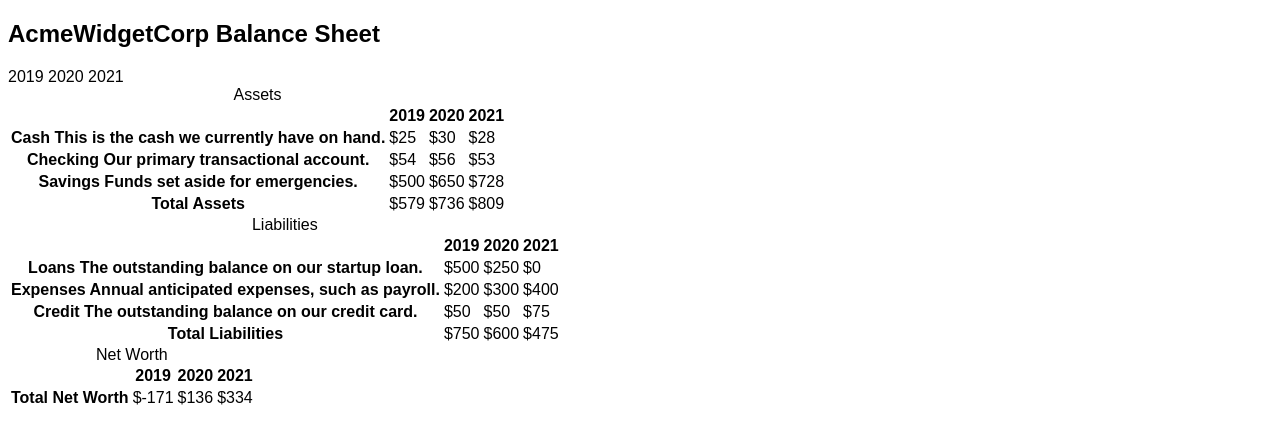
Repository: cipdanila/freeCodeCamp
Page: BalanceSheet/index.html
The author's editor kept a copy of each file at every save. The page is drawn from the files as they stood at one save, then again after the next save.
The browser window is 1280 px wide. The pictures show the whole page.

Above is the page before, as saved 2023-10-19 17:25:56.

After the next save:
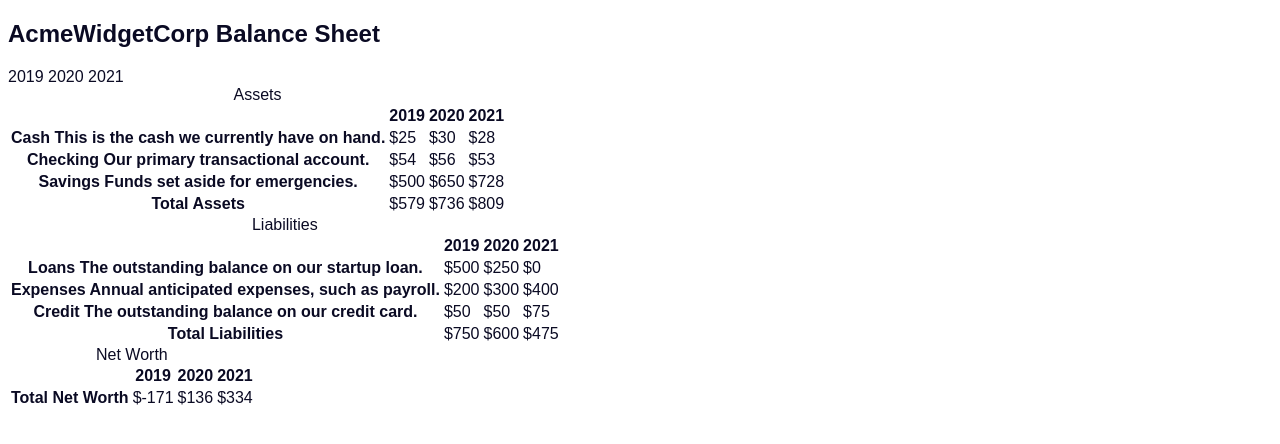
Saved 18 s later.
--- a/BalanceSheet/styles.css
+++ b/BalanceSheet/styles.css
@@ -4,4 +4,5 @@
 
 body {
     font-family: sans-serif;
+    color: #0a0a23;
 }
